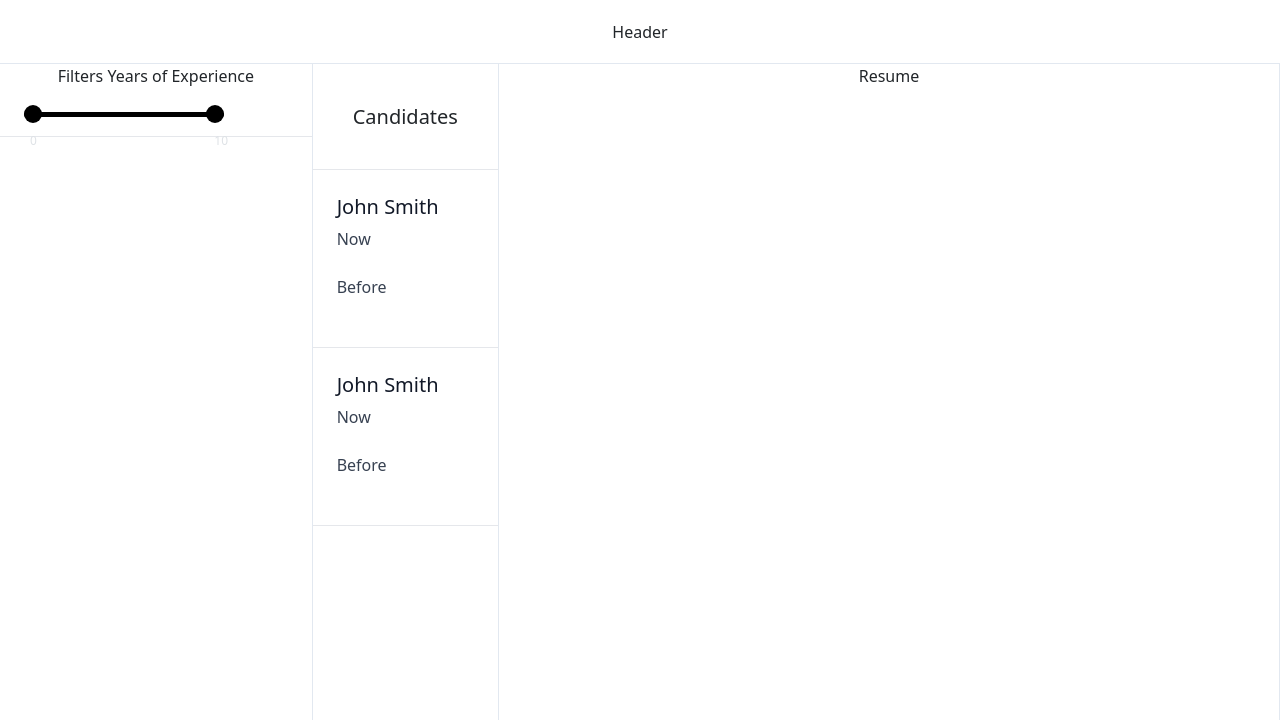
Repository: VictorJPimentel/Resume-Matcher
Page: / (app in frontend/)
These files come from the project's save history. The page is drawn as it stood at one moment and after the next save; the edit follows.
The browser window is 1280 px wide. The pictures show the whole page.
The project was rebuilt for these pictures with package versions that can differ from the ones it lists, and the page was loaded fresh each time. Also part of the build but not shown: frontend/src/components/FileUpload.jsx.

Above is the page before, as saved 2022-08-09 21:46:37.

After the next save:
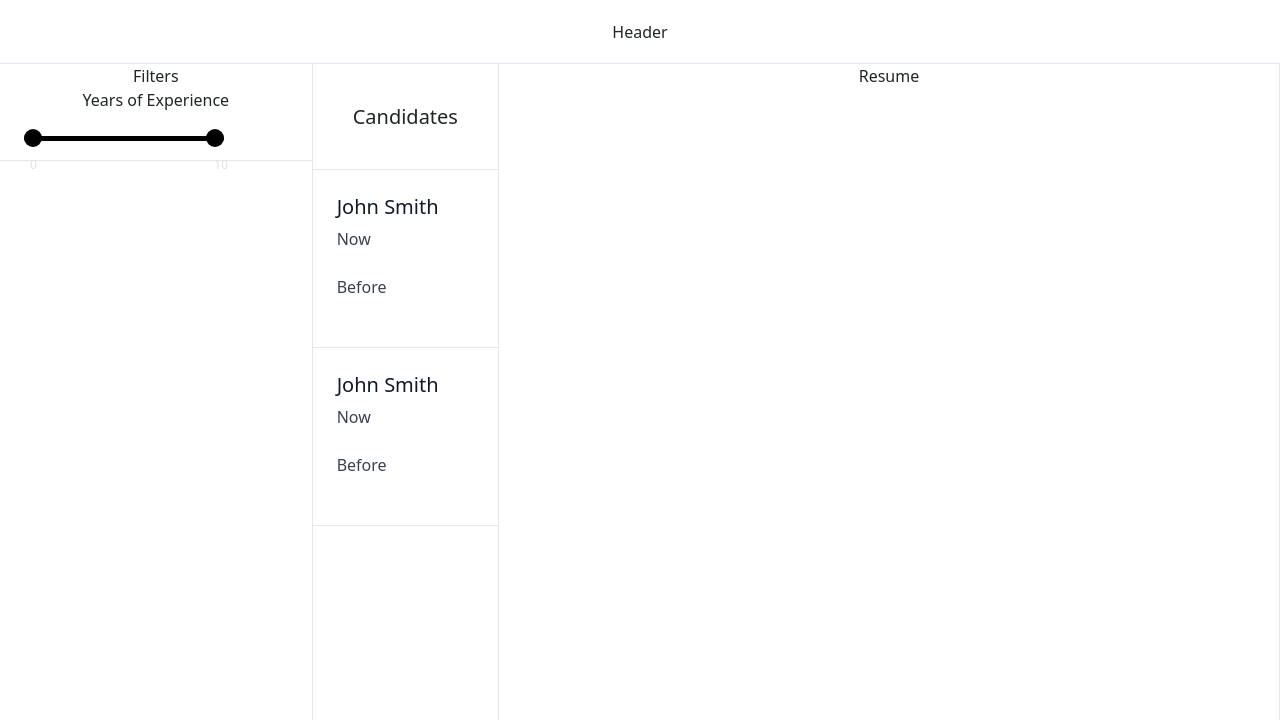
Saved 26 s later.
--- a/frontend/src/components/Filters.jsx
+++ b/frontend/src/components/Filters.jsx
@@ -16,7 +16,9 @@ function Filter() {
       className="flex flex-col z-40 left-0 top-0 h-full no-scrollbar w-2/5 border-r border-slate-200
       text-center "
     >
-      Filters Years of Experience
+      <div>Filters </div>
+
+      <div> Years of Experience</div>
       <MultiRangeSlider
         min={0}
         max={10}
